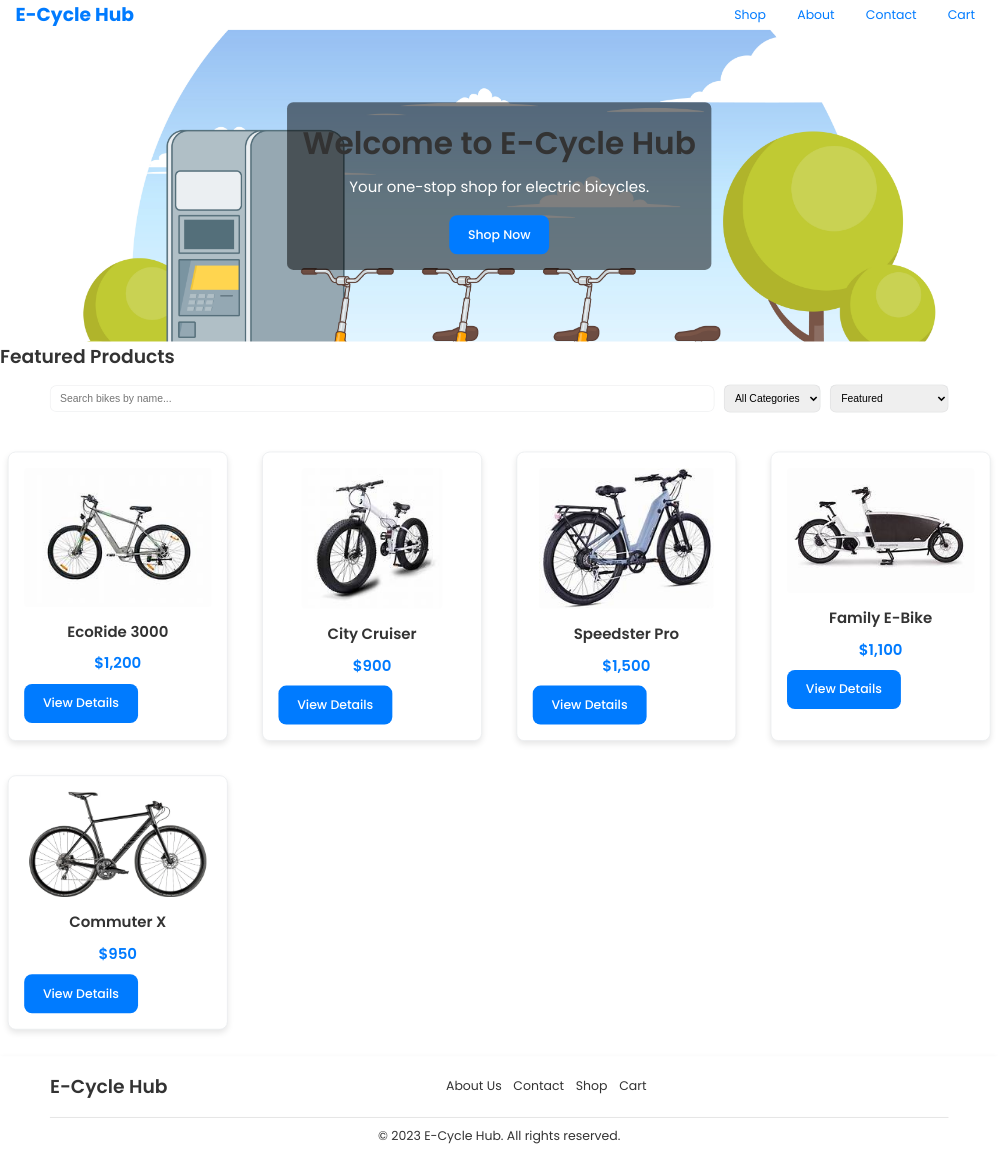
Repository: Rutuja-g/E-Cycle-Hub
Page: public/index.html
An editor plug-in stored every save of this project. The page is shown before and after the next save, followed by the edit.
The browser window is 1280 px wide. The pictures show the whole page, at 78% of full size.

Above is the page before, as saved 2025-10-24 15:44:04.

### public/index.html
<!DOCTYPE html>
<html lang="en">
  <head>
    <meta charset="UTF-8" />
    <meta name="viewport" content="width=device-width, initial-scale=1.0" />
    <title>E-Cycle Hub</title>
    <link rel="icon" href="favicon.ico" type="image/x-icon" />
    <link rel="preconnect" href="https://fonts.googleapis.com" />
    <link rel="preconnect" href="https://fonts.gstatic.com" crossorigin />
    <link
      href="https://fonts.googleapis.com/css2?family=Poppins:wght@300;400;500;600;700&display=swap"
      rel="stylesheet"
    />
    <link rel="stylesheet" href="css/reset.css" />
    <link rel="stylesheet" href="css/variables.css" />
    <link rel="stylesheet" href="css/main.css" />
  </head>
  <body>
    <header>
      <div id="header"></div>
    </header>

    <main>
      <section class="hero">
        <img
          src="assets/images/banner.jpg"
          alt="E-Cycle Hub Banner"
          class="hero-banner"
        />
        <div class="hero-content">
          <h1>Welcome to E-Cycle Hub</h1>
          <p>Your one-stop shop for electric bicycles.</p>
          <a href="shop.html" class="btn">Shop Now</a>
        </div>
      </section>

      <section class="featured-products">
        <h2>Featured Products</h2>
        <div class="grid--featured"></div>
      </section>
    </main>

    <footer>
      <div id="footer"></div>
    </footer>

    <script src="js/components.js"></script>
    <script src="js/main.js"></script>
    <script src="js/auth.js"></script>
  </body>
</html>

### public/css/reset.css
html
/* CSS Reset */
* {
    margin: 0;
    padding: 0;
    box-sizing: border-box;
}

html, body {
    height: 100%;
    font-family: Arial, sans-serif;
}

img {
    max-width: 100%;
    height: auto;
}

a {
    text-decoration: none;
    color: inherit;
}

ul {
    list-style: none;
}

button {
    cursor: pointer;
}

### public/css/variables.css
:root {
  --primary-color: #007bff; /* Electric Blue */
  --secondary-color: #0056b3; /* Darker Blue for hover */
  --background-color: #ffffff; /* White */
  --text-color: #333333; /* Dark Gray */
  --muted: #6c757d; /* Muted text */
  --font-family: "Poppins", sans-serif; /* Modern Font */
  --font-size-base: 16px; /* Base Font Size */
  --font-size-large: 1.25rem; /* Large Font Size */
  --font-size-small: 0.875rem; /* Small Font Size */
  --border-radius: 10px; /* Rounded Corners */
  --box-shadow: 0 4px 8px rgba(0, 0, 0, 0.1); /* Subtle Box Shadow */
  --box-shadow-hover: 0 6px 12px rgba(0, 0, 0, 0.15); /* Hover Shadow */
  --transition: all 0.3s ease; /* Smooth Transitions */
}

### public/css/main.css
/* Main styles for E-Cycle Hub */

/* Reset some default styles */
body {
  margin: 0;
  font-family: var(--font-family);
  line-height: 1.6;
  color: var(--text-color);
  background-color: var(--background-color);
}

h1,
h2,
h3,
h4,
h5,
h6 {
  margin: 0;
  color: var(--text-color);
  font-weight: 600;
}

a {
  text-decoration: none;
  color: var(--primary-color);
  transition: var(--transition);
}

a:hover {
  color: var(--secondary-color);
}

/* Layout styles */
.container {
  width: 90%;
  max-width: 1200px;
  margin: auto;
}

/* Navbar styles */
nav {
  display: flex;
  justify-content: space-between;
  align-items: center;
  padding: 0 20px;
}

.logo a {
  font-size: 1.5em;
  font-weight: bold;
}

.nav-links {
  list-style: none;
  display: flex;
  gap: 20px;
}

.nav-links li a {
  padding: 10px;
  transition: background 0.3s;
}

.nav-links li a:hover {
  background: rgba(76, 175, 80, 0.1);
  border-radius: 5px;
}

.header,
.footer {
  background: var(--background-color);
  padding: 20px 0;
  box-shadow: var(--box-shadow);
}

.header {
  position: sticky;
  top: 0;
  z-index: 1000;
}

.main-content {
  padding: 20px 0;
}

/* Hero section styles */
.hero {
  position: relative;
  display: flex;
  align-items: center;
  justify-content: center;
  min-height: 400px;
  overflow: hidden;
}

.hero-banner {
  position: absolute;
  top: 0;
  left: 0;
  width: 100%;
  height: 100%;
  object-fit: cover;
  z-index: -1;
}

.hero-content {
  text-align: center;
  color: white;
  background: rgba(0, 0, 0, 0.5);
  padding: 20px;
  border-radius: 8px;
}

.hero h1 {
  font-size: 2.5em;
  margin-bottom: 10px;
}

.hero p {
  font-size: 1.2em;
  margin-bottom: 20px;
}

.btn {
  display: inline-block;
  padding: 12px 24px;
  background: var(--primary-color);
  color: white;
  border-radius: var(--border-radius);
  transition: var(--transition);
  font-weight: 500;
  border: none;
  cursor: pointer;
}

.btn:hover {
  background: var(--secondary-color);
  transform: translateY(-2px);
  box-shadow: var(--box-shadow-hover);
}

/* Responsive styles */
@media (max-width: 768px) {
  .container {
    width: 95%;
  }

  .header,
  .footer {
    padding: 15px 0;
  }

  .hero {
    min-height: 300px;
  }

  .hero h1 {
    font-size: 2em;
  }

  .hero p {
    font-size: 1em;
  }
}

@media (max-width: 480px) {
  .hero {
    flex-direction: column;
    text-align: center;
  }

  .hero-content {
    padding: 15px;
  }

  .hero h1 {
    font-size: 1.8em;
  }

  .hero p {
    font-size: 0.9em;
  }

  /* Navbar responsive */
  .nav-links {
    display: none;
  }

  /* Footer responsive */
  .footer-content {
    flex-direction: column;
    text-align: center;
  }

  .footer-links ul {
    flex-direction: column;
    gap: 10px;
  }

  /* Grid responsive */
  .grid--featured {
    grid-template-columns: repeat(auto-fit, minmax(200px, 1fr));
  }
}

/* Product card styles (updated for .card class used by main.js) */
.card {
  border: 1px solid #e9ecef;
  border-radius: var(--border-radius);
  padding: 20px;
  margin: 10px;
  text-align: center;
  background: var(--background-color);
  box-shadow: var(--box-shadow);
  transition: var(--transition);
}

.card:hover {
  transform: translateY(-5px);
  box-shadow: var(--box-shadow-hover);
}

.card img {
  max-width: 100%;
  height: auto;
  border-radius: 5px;
}

.card .card-title {
  margin: 10px 0;
  font-size: 1.2em;
}

.card .price {
  color: var(--primary-color);
  font-weight: 600;
  font-size: 1.2em;
}

.card .btn {
  margin-top: 10px;
}

/* Featured products grid */
.grid--featured,
.grid--shop {
  display: grid;
  grid-template-columns: repeat(auto-fit, minmax(280px, 1fr));
  gap: 24px;
  padding: 24px 0;
}

/* Cart styles */
.cart-item {
  display: flex;
  justify-content: space-between;
  padding: 16px 0;
  border-bottom: 1px solid #e9ecef;
}

.cart-item img {
  width: 50px;
  height: auto;
}

.cart-total {
  font-weight: bold;
  font-size: 1.2em;
}

/* Checkout styles */
.checkout-form {
  display: flex;
  flex-direction: column;
  gap: 16px;
}

.checkout-form input,
.checkout-form button {
  margin: 0;
  padding: 12px;
  border: 1px solid #e9ecef;
  border-radius: var(--border-radius);
  font-family: var(--font-family);
}

.checkout-form button {
  background: var(--primary-color);
  color: white;
  cursor: pointer;
  transition: var(--transition);
}

.checkout-form button:hover {
  background: var(--secondary-color);
}

/* Product details styles */
.product-details {
  max-width: 1200px;
  margin: 0 auto;
  padding: 20px;
  display: flex;
  flex-direction: column;
  gap: 20px;
}

.back-link {
  color: var(--primary-color, #4caf50);
  font-weight: bold;
  margin-bottom: 20px;
  display: inline-block;
}

.back-link:hover {
  color: var(--link-hover-color, #388e3c);
}

.product-image {
  flex: 1;
  max-width: 600px;
  margin: 0 auto;
}

.product-image img {
  width: 100%;
  height: auto;
  border-radius: 8px;
  box-shadow: 0 4px 10px rgba(0, 0, 0, 0.1);
}

.product-info {
  flex: 1;
  padding: 24px;
  background: var(--background-color);
  border-radius: var(--border-radius);
  box-shadow: var(--box-shadow);
}

.product-info h1 {
  font-size: 2em;
  margin-bottom: 10px;
}

.product-price {
  font-size: 1.5em;
  color: var(--primary-color);
  font-weight: 600;
  margin-bottom: 24px;
}

.product-info p {
  line-height: 1.6;
  margin-bottom: 20px;
}

.product-info .btn {
  margin-top: 20px;
}

/* Responsive for product details */
@media (max-width: 768px) {
  .product-details {
    flex-direction: column;
  }

  .product-image,
  .product-info {
    flex: none;
    width: 100%;
  }

  .product-info {
    padding: 15px;
  }

  .product-info h1 {
    font-size: 1.8em;
  }

  .product-price {
    font-size: 1.3em;
  }
}

/* Footer styles */
.footer {
  background: var(--background-color);
}

.footer-content {
  display: flex;
  justify-content: space-between;
  align-items: center;
  flex-wrap: wrap;
  gap: 20px;
}

.footer-logo h2 {
  margin: 0;
}

.footer-links ul {
  list-style: none;
  display: flex;
  gap: 15px;
}

.footer-links li a {
  color: var(--text-color, #333);
}

.footer-social a {
  margin: 0 5px;
  font-size: 1.5em;
  color: var(--primary-color, #4caf50);
}

.footer-bottom {
  text-align: center;
  margin-top: 20px;
  border-top: 1px solid #ddd;
  padding-top: 10px;
}

/* Add error styles */
.error {
  color: red;
  font-size: 0.9em;
  margin-top: 5px;
  display: none;
}

/* Success popup styles */
.success-popup {
  position: fixed;
  top: 0;
  left: 0;
  width: 100%;
  height: 100%;
  background-color: rgba(0, 0, 0, 0.5);
  display: flex;
  justify-content: center;
  align-items: center;
  z-index: 1000;
}

.popup-content {
  background-color: white;
  padding: 20px;
  border-radius: 8px;
  text-align: center;
  box-shadow: 0 4px 6px rgba(0, 0, 0, 0.1);
}

.popup-content h3 {
  margin-bottom: 10px;
  color: var(--primary-color);
}

.popup-content button {
  background-color: var(--primary-color);
  color: white;
  border: none;
  padding: 10px 20px;
  border-radius: 4px;
  cursor: pointer;
  margin-top: 15px;
}

.popup-content button:hover {
  background-color: var(--primary-hover);
}

### public/js/components.js
// components.js - Dynamic loading of header and footer components

(function () {
  // Load component into element
  async function loadComponent(componentPath, targetElement) {
    try {
      const response = await fetch(componentPath);
      if (!response.ok) {
        throw new Error(`Failed to load ${componentPath}: ${response.status}`);
      }
      const html = await response.text();
      targetElement.innerHTML = html;
    } catch (error) {
      console.error(`Error loading component ${componentPath}:`, error);
      targetElement.innerHTML = "<p>Error loading component</p>";
    }
  }

  // Load header and footer on page load
  document.addEventListener("DOMContentLoaded", function () {
    const headerElement = document.getElementById("header");
    const footerElement = document.getElementById("footer");

    if (headerElement) {
      loadComponent("components/header.html", headerElement);
    }

    if (footerElement) {
      loadComponent("components/footer.html", footerElement);
    }
  });
})();

### public/js/auth.js
// auth.js - Handles user authentication, login, signup, and session management

(function () {
  const USERS_KEY = "ecycle_users";
  const CURRENT_USER_KEY = "ecycle_current_user";
  const LOGGED_IN_KEY = "isLoggedIn";

  // Get users from localStorage
  function getUsers() {
    const users = localStorage.getItem(USERS_KEY);
    return users ? JSON.parse(users) : [];
  }

  // Save users to localStorage
  function saveUsers(users) {
    localStorage.setItem(USERS_KEY, JSON.stringify(users));
  }

  // Get current user
  function getCurrentUser() {
    const user = localStorage.getItem(CURRENT_USER_KEY);
    return user ? JSON.parse(user) : null;
  }

  // Set current user
  function setCurrentUser(user) {
    localStorage.setItem(CURRENT_USER_KEY, JSON.stringify(user));
  }

  // Clear current user (logout)
  function clearCurrentUser() {
    localStorage.removeItem(CURRENT_USER_KEY);
  }

  // Check if user is logged in
  function isLoggedIn() {
    return localStorage.getItem(LOGGED_IN_KEY) === "true";
  }

  // Set logged in flag
  function setLoggedIn() {
    localStorage.setItem(LOGGED_IN_KEY, "true");
  }

  // Clear logged in flag
  function clearLoggedIn() {
    localStorage.removeItem(LOGGED_IN_KEY);
  }

  // Validate email format
  function validateEmail(email) {
    const emailRegex = /^[^\s@]+@[^\s@]+\.[^\s@]+$/;
    return emailRegex.test(email);
  }

  // Validate password (at least 6 characters)
  function validatePassword(password) {
    return password.length >= 6;
  }

  // Update navbar with user info
  function updateNavbar() {
    const user = getCurrentUser();
    const userInfo = document.getElementById("user-info");
    const userName = document.getElementById("user-name");
    const logout = document.getElementById("logout");

    if (user && userInfo && userName) {
      userInfo.style.display = "block";
      userName.textContent = user.name;
      if (logout) {
        logout.addEventListener("click", function (e) {
          e.preventDefault();
          clearCurrentUser();
          clearLoggedIn();
          window.location.href = "login.html";
        });
      }
    } else if (userInfo) {
      userInfo.style.display = "none";
    }
  }

  // Restrict cart/checkout for non-logged-in users
  function restrictActions() {
    const user = getCurrentUser();
    const addToCartButtons = document.querySelectorAll(".btn-add-to-cart");
    const checkoutButtons = document.querySelectorAll(".btn-checkout");

    if (!user) {
      addToCartButtons.forEach((btn) => {
        btn.disabled = true;
        btn.textContent = "Login to Add to Cart";
        btn.addEventListener("click", function (e) {
          e.preventDefault();
          alert("Please login to add items to cart.");
          window.location.href = "login.html";
        });
      });

      checkoutButtons.forEach((btn) => {
        btn.disabled = true;
        btn.textContent = "Login to Checkout";
        btn.addEventListener("click", function (e) {
          e.preventDefault();
          alert("Please login to checkout.");
          window.location.href = "login.html";
        });
      });
    }
  }

  // Check session and redirect if not logged in on protected pages
  function checkSession() {
    const protectedPages = ["cart.html", "admin.html"];
    const currentPage = window.location.pathname.split("/").pop();
    if (protectedPages.includes(currentPage) && !isLoggedIn()) {
      window.location.href = "login.html";
    }

    // Additional check for admin page
    if (currentPage === "admin.html") {
      const user = getCurrentUser();
      if (!user || user.email !== "admin@ecyclehub.com") {
        alert("Access denied. Only admin can access this page.");
        window.location.href = "login.html";
      }
    }
  }

  // Handle login form
  function handleLogin() {
    const form = document.getElementById("loginForm");
    if (!form) return;

    form.addEventListener("submit", function (e) {
      e.preventDefault();

      const email = document.getElementById("email").value.trim();
      const password = document.getElementById("password").value;
      const emailError = document.getElementById("emailError");
      const passwordError = document.getElementById("passwordError");

      // Clear previous errors
      emailError.textContent = "";
      passwordError.textContent = "";

      let isValid = true;

      if (!validateEmail(email)) {
        emailError.textContent = "Please enter a valid email address.";
        isValid = false;
      }

      if (!validatePassword(password)) {
        passwordError.textContent = "Password must be at least 6 characters.";
        isValid = false;
      }

      if (!isValid) return;

      const users = getUsers();
      const user = users.find(
        (u) => u.email === email && u.password === password
      );

      if (user) {
        setCurrentUser(user);
        setLoggedIn();
        alert("Login successful!");
        // Check for redirect after login
        const redirectTo = localStorage.getItem("redirectAfterLogin");
        if (redirectTo) {
          localStorage.removeItem("redirectAfterLogin");
          window.location.href = redirectTo;
        } else {
          window.location.href = "index.html";
        }
      } else {
        emailError.textContent = "Invalid email or password.";
      }
    });
  }

  // Handle signup form
  function handleSignup() {
    const form = document.getElementById("signupForm");
    if (!form) return;

    form.addEventListener("submit", function (e) {
      e.preventDefault();

      const name = document.getElementById("name").value.trim();
      const email = document.getElementById("email").value.trim();
      const password = document.getElementById("password").value;
      const confirmPassword = document.getElementById("confirmPassword").value;

      const nameError = document.getElementById("nameError");
      const emailError = document.getElementById("emailError");
      const passwordError = document.getElementById("passwordError");
      const confirmPasswordError = document.getElementById(
        "confirmPasswordError"
      );

      // Clear previous errors
      nameError.textContent = "";
      emailError.textContent = "";
      passwordError.textContent = "";
      confirmPasswordError.textContent = "";

      let isValid = true;

      if (!name) {
        nameError.textContent = "Name is required.";
        isValid = false;
      }

      if (!validateEmail(email)) {
        emailError.textContent = "Please enter a valid email address.";
        isValid = false;
      }

      if (!validatePassword(password)) {
        passwordError.textContent = "Password must be at least 6 characters.";
        isValid = false;
      }

      if (password !== confirmPassword) {
        confirmPasswordError.textContent = "Passwords do not match.";
        isValid = false;
      }

      if (!isValid) return;

      const users = getUsers();
      const existingUser = users.find((u) => u.email === email);

      if (existingUser) {
        emailError.textContent = "Email already registered.";
        return;
      }

      const newUser = { name, email, password };
      users.push(newUser);
      saveUsers(users);
      setCurrentUser(newUser);
      setLoggedIn();

      alert("Signup successful!");
      window.location.href = "index.html";
    });
  }

  // Initialize auth functionality
  document.addEventListener("DOMContentLoaded", function () {
    // Initialize admin user if not exists
    const users = getUsers();
    const adminExists = users.find((u) => u.email === "admin@ecyclehub.com");
    if (!adminExists) {
      users.push({
        name: "Admin",
        email: "admin@ecyclehub.com",
        password: "admin123",
      });
      saveUsers(users);
    }

    checkSession();
    updateNavbar();
    restrictActions();
    handleLogin();
    handleSignup();
  });
})();

### public/components/header.html
<nav>
  <div class="logo">
    <a href="index.html">E-Cycle Hub</a>
  </div>
  <ul class="nav-links">
    <li><a href="shop.html">Shop</a></li>
    <li><a href="about.html">About</a></li>
    <li><a href="contact.html">Contact</a></li>
    <li><a href="cart.html">Cart</a></li>
  </ul>
</nav>

### public/components/footer.html
<div class="footer">
  <div class="container">
    <div class="footer-content">
      <div class="footer-logo">
        <h2>E-Cycle Hub</h2>
      </div>
      <div class="footer-links">
        <ul>
          <li><a href="about.html">About Us</a></li>
          <li><a href="contact.html">Contact</a></li>
          <li><a href="shop.html">Shop</a></li>
          <li><a href="cart.html">Cart</a></li>
        </ul>
      </div>
      <div class="footer-social">
        <a href="#" aria-label="Facebook"><i class="fab fa-facebook-f"></i></a>
        <a href="#" aria-label="Twitter"><i class="fab fa-twitter"></i></a>
        <a href="#" aria-label="Instagram"><i class="fab fa-instagram"></i></a>
      </div>
    </div>
    <div class="footer-bottom">
      <p>&copy; 2023 E-Cycle Hub. All rights reserved.</p>
    </div>
  </div>
</div>

Loaded but not shown: public/assets/data/products.json (47 lines, source omitted); public/js/main.js (315 lines, source omitted)

After the next save:
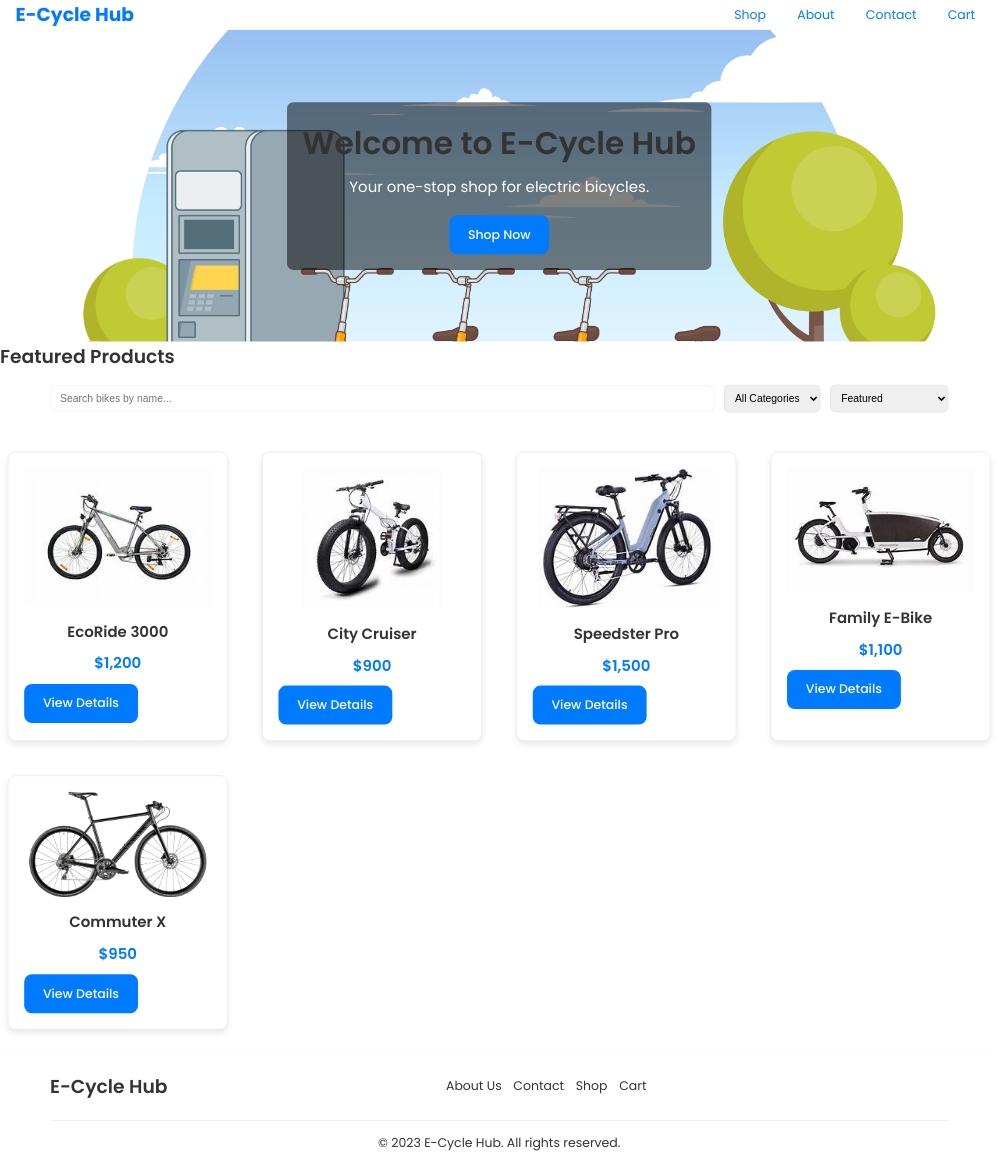
Saved 7 s later.
--- a/public/css/main.css
+++ b/public/css/main.css
@@ -418,9 +418,9 @@ nav {
 
 .footer-bottom {
   text-align: center;
-  margin-top: 20px;
-  border-top: 1px solid #ddd;
-  padding-top: 10px;
+  margin-top: 24px;
+  border-top: 1px solid #e9ecef;
+  padding-top: 16px;
 }
 
 /* Add error styles */
